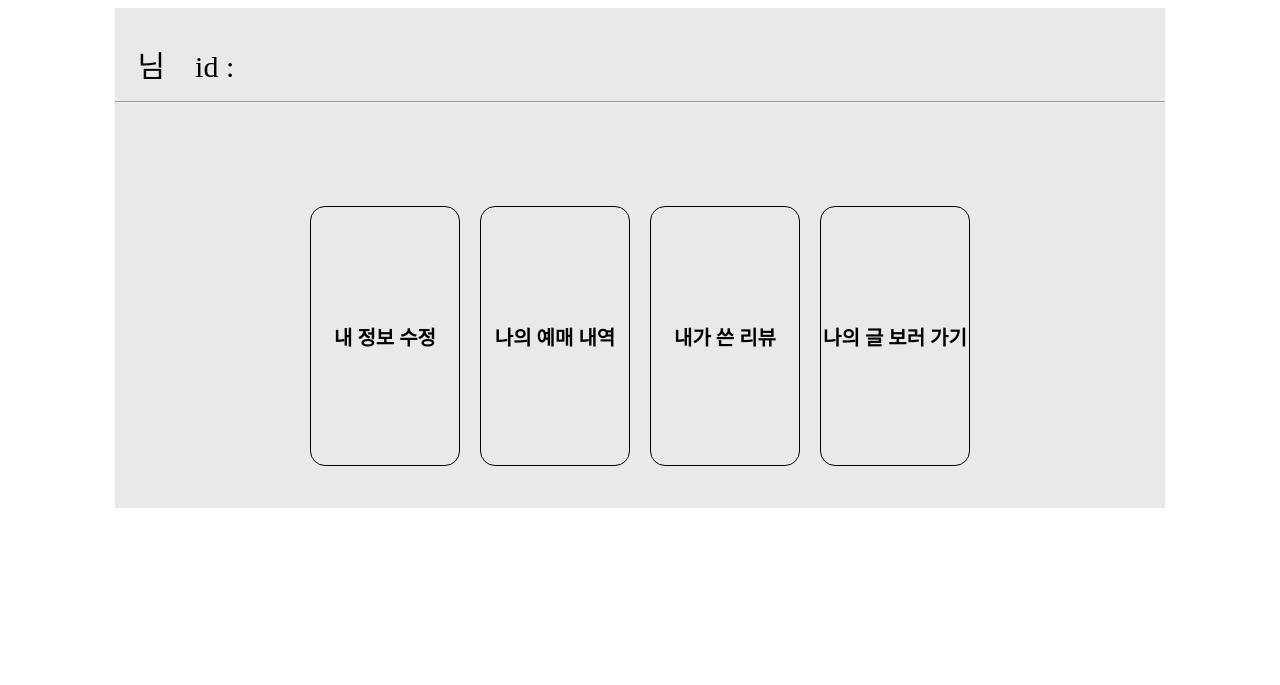
Repository: Tah282/movieSite
Page: http://localhost/CGV_project/WEB-INF/views/manager/movieManagement.jsp
The author's editor kept a copy of each file at every save. The page is drawn from the files as they stood at one save, then again after the next save.
The browser window is 1280 px wide. The pictures show the whole page.
The page is served by Tomcat 9. Nobody is signed in. The template is opened directly, without the code that normally fills it, so the values that code supplies are empty.

Above is the page before, as saved 2024-01-05 01:18:19.

After the next save:
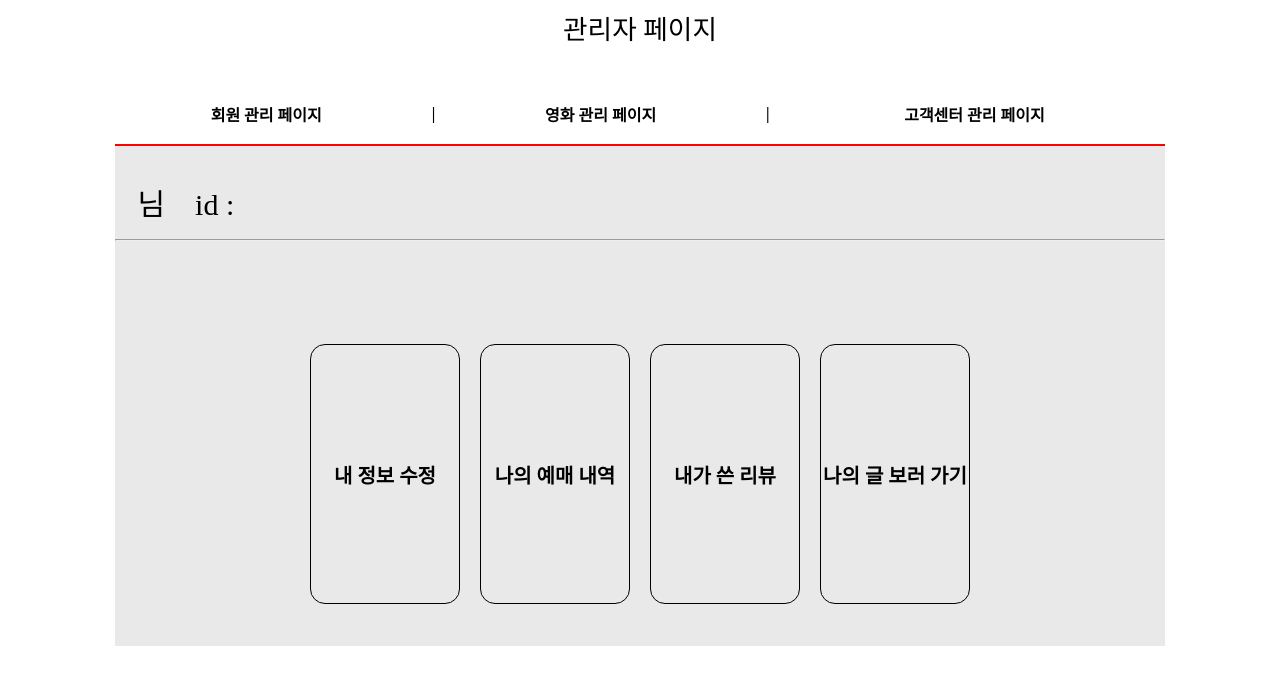
Saved 16 s later.
--- a/CGV_project/src/main/webapp/WEB-INF/views/manager/movieManagement.jsp
+++ b/CGV_project/src/main/webapp/WEB-INF/views/manager/movieManagement.jsp
@@ -11,6 +11,8 @@
 	<link rel="stylesheet" type="text/css" href="${contextPath}/resources/css/style.css" />
 </head>
 <body>
+	<jsp:include page="managerNav.jsp" />
+
 	<div class="myFormName">
 		<br>&nbsp&nbsp
 		<span class="myFormName">${member.name }님&nbsp</span> <span class="myFormId">&nbsp id :  ${member.id }</span><hr>
